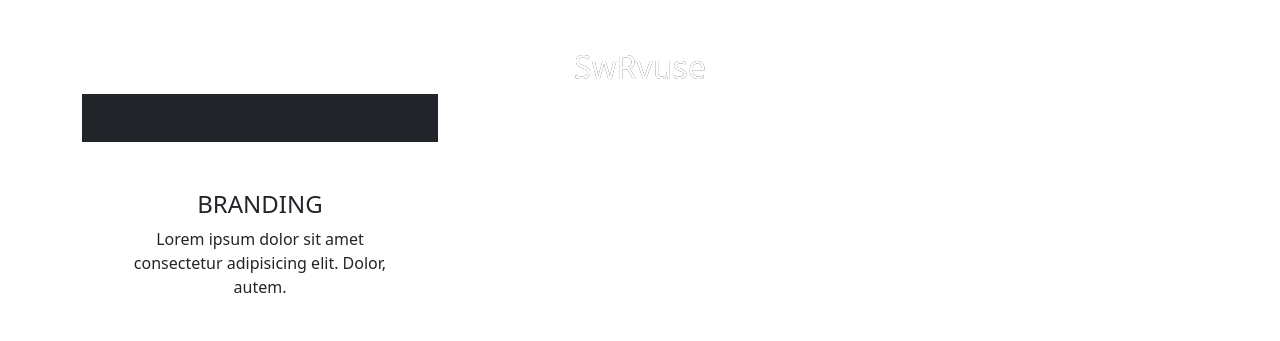
Repository: Ahmedalid/testing
Page: index.html
An editor plug-in stored every save of this project. The page is shown before and after a run of saves, followed by the edit.
The browser window is 1280 px wide. The pictures show the whole page.

Above is the page before, as saved 2023-06-10 17:31:14.

After the next 5 saves:
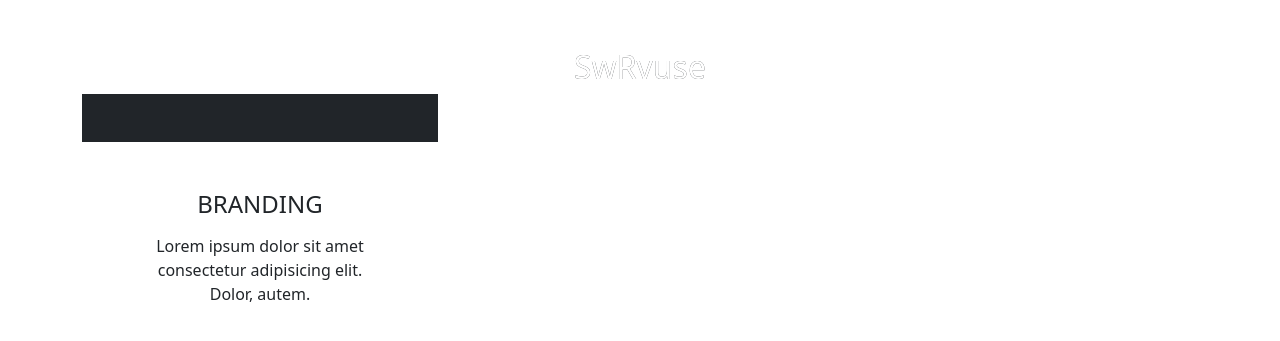
The 5 saves are shown as one change because they came seconds apart.
The last was saved 3 min 28 s later.
--- a/index.html
+++ b/index.html
@@ -25,7 +25,7 @@
                     <div class="bg-white text-center p-5">
                         <h4>BRANDING</h4>
                         <div class="line"></div>
-                        <p>Lorem ipsum dolor sit amet consectetur adipisicing elit. Dolor, autem.</p>
+                        <p class="btn btn-">Lorem ipsum dolor sit amet consectetur adipisicing elit. Dolor, autem.</p>
                     </div>
                 </div>
             </div>

After the 4 saves that followed:
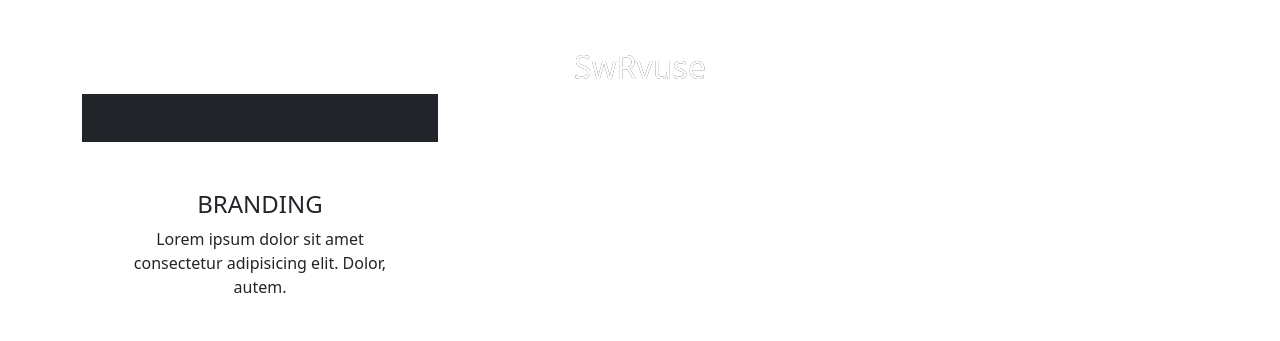
The 4 saves are shown as one change because they came seconds apart.
The last was saved 19 s later.
--- a/index.html
+++ b/index.html
@@ -25,7 +25,7 @@
                     <div class="bg-white text-center p-5">
                         <h4>BRANDING</h4>
                         <div class="line"></div>
-                        <p class="btn btn-">Lorem ipsum dolor sit amet consectetur adipisicing elit. Dolor, autem.</p>
+                        <p>Lorem ipsum dolor sit amet consectetur adipisicing elit. Dolor, autem.</p>
                     </div>
                 </div>
             </div>
